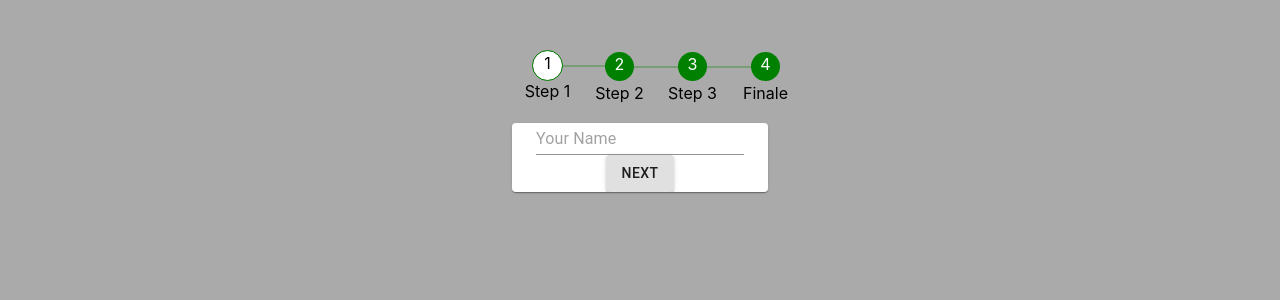
Repository: SD-Mdouka/project_step
Page: /
These files come from the project's save history. The page is drawn as it stood at one moment and after the next save; the edit follows.
The browser window is 1280 px wide. The pictures show the whole page.
The project was rebuilt for these pictures with package versions that can differ from the ones it lists, and the page was loaded fresh each time.

Above is the page before, as saved 2022-09-05 15:41:28.

After the next save:
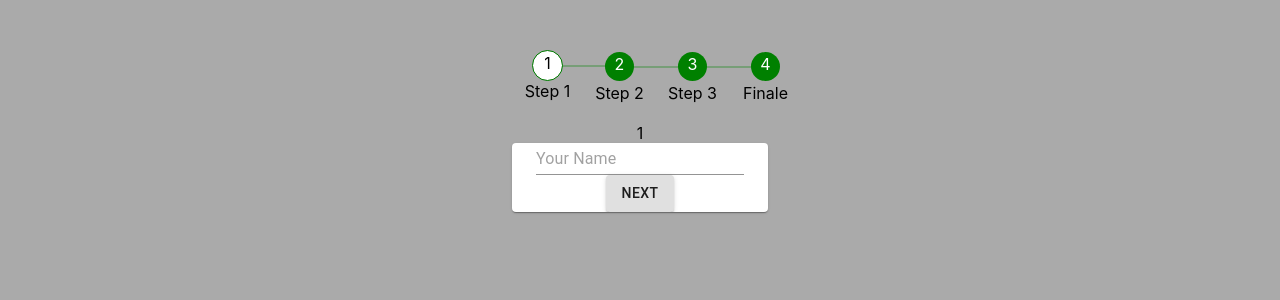
Saved 44 s later.
--- a/src/App.js
+++ b/src/App.js
@@ -4,10 +4,10 @@
 import * as Yup from "yup";
 import "./App.css";
 
-function App({ CurrentSteps }) {
+function App({ currentSteps }) {
   return (
     <div className="App">
-      {CurrentSteps}
+      {currentSteps}
       <Card>
         <Container>
           <Formik

After the save that followed:
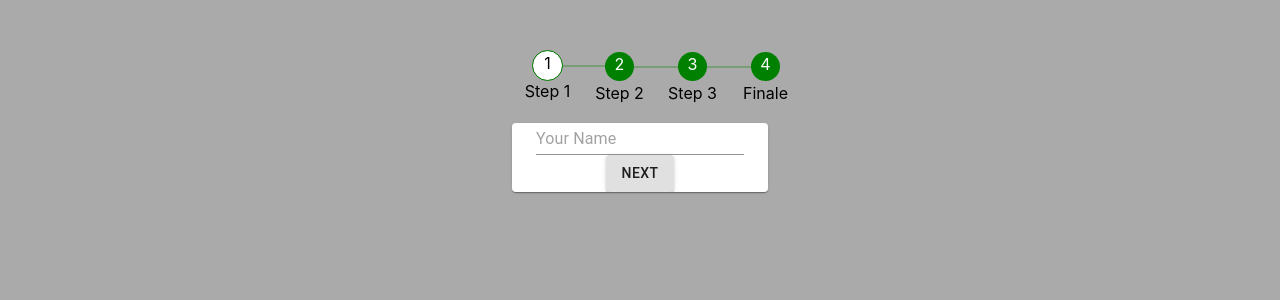
Saved 44 s later.
--- a/src/App.js
+++ b/src/App.js
@@ -4,10 +4,9 @@
 import * as Yup from "yup";
 import "./App.css";
 
-function App({ currentSteps }) {
+function App(props) {
   return (
     <div className="App">
-      {currentSteps}
       <Card>
         <Container>
           <Formik
@@ -41,8 +40,8 @@
                   validateField={validateField}
                   errors={errors}
                   touched={touched}
-                  // stpe={props.CurrentSteps}
-                  // setStpe={props.setCurrentSteps}
+                  stpe={props.currentSteps}
+                  setStpe={props.setCurrentSteps}
                 >
                   <Field
                     type="text"
